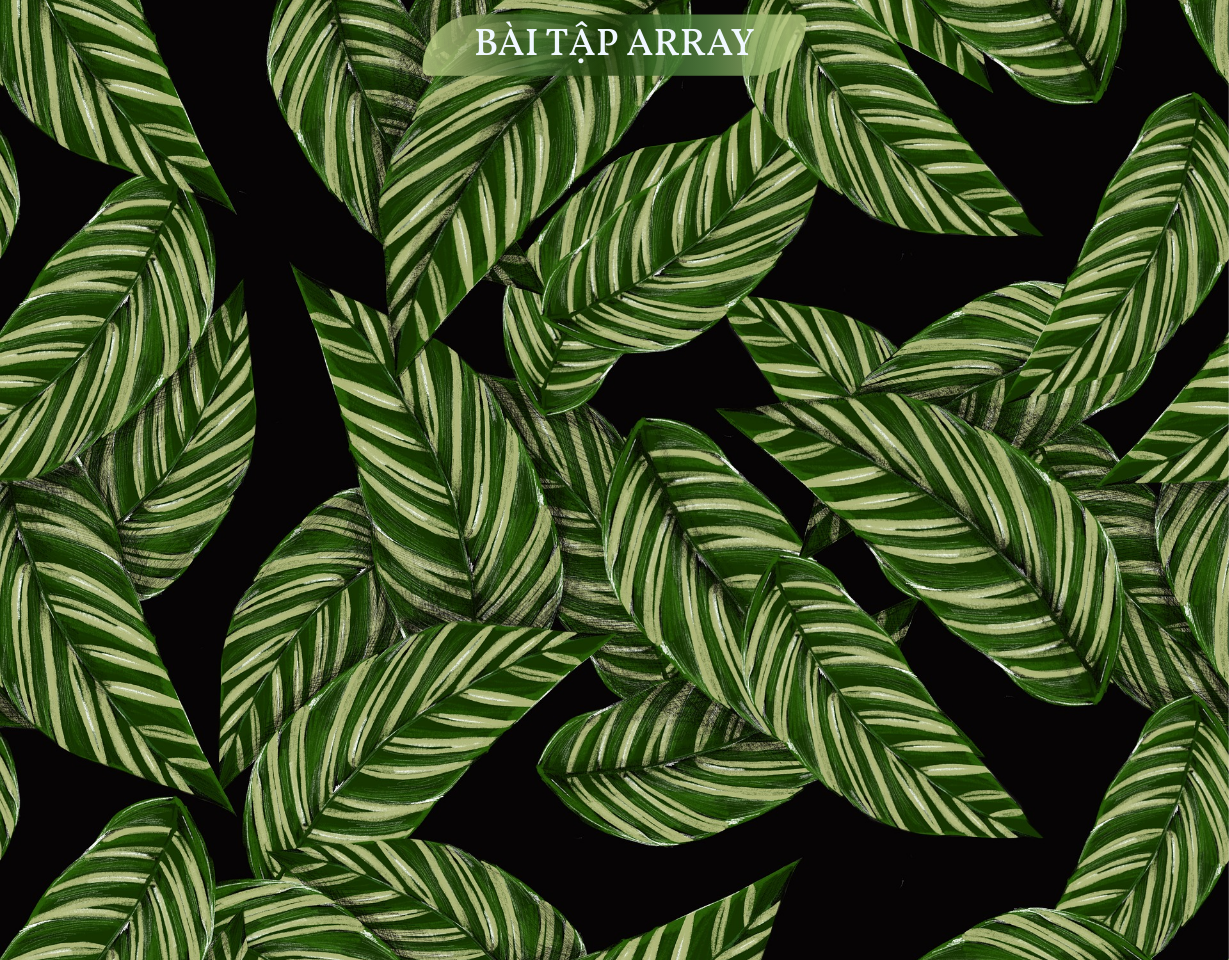
Repository: hcozyph/TranHuuPhuoc_BC43_BT_JS_Buoi7_8_ARRAY
Page: index.html
These files come from the project's save history. The page is drawn as it stood at one moment and after the next save; the edit follows.
The browser window is 1280 px wide. The pictures show the whole page, at 96% of full size.

Above is the page before, as saved 2023-02-20 21:59:46.

After the next save:
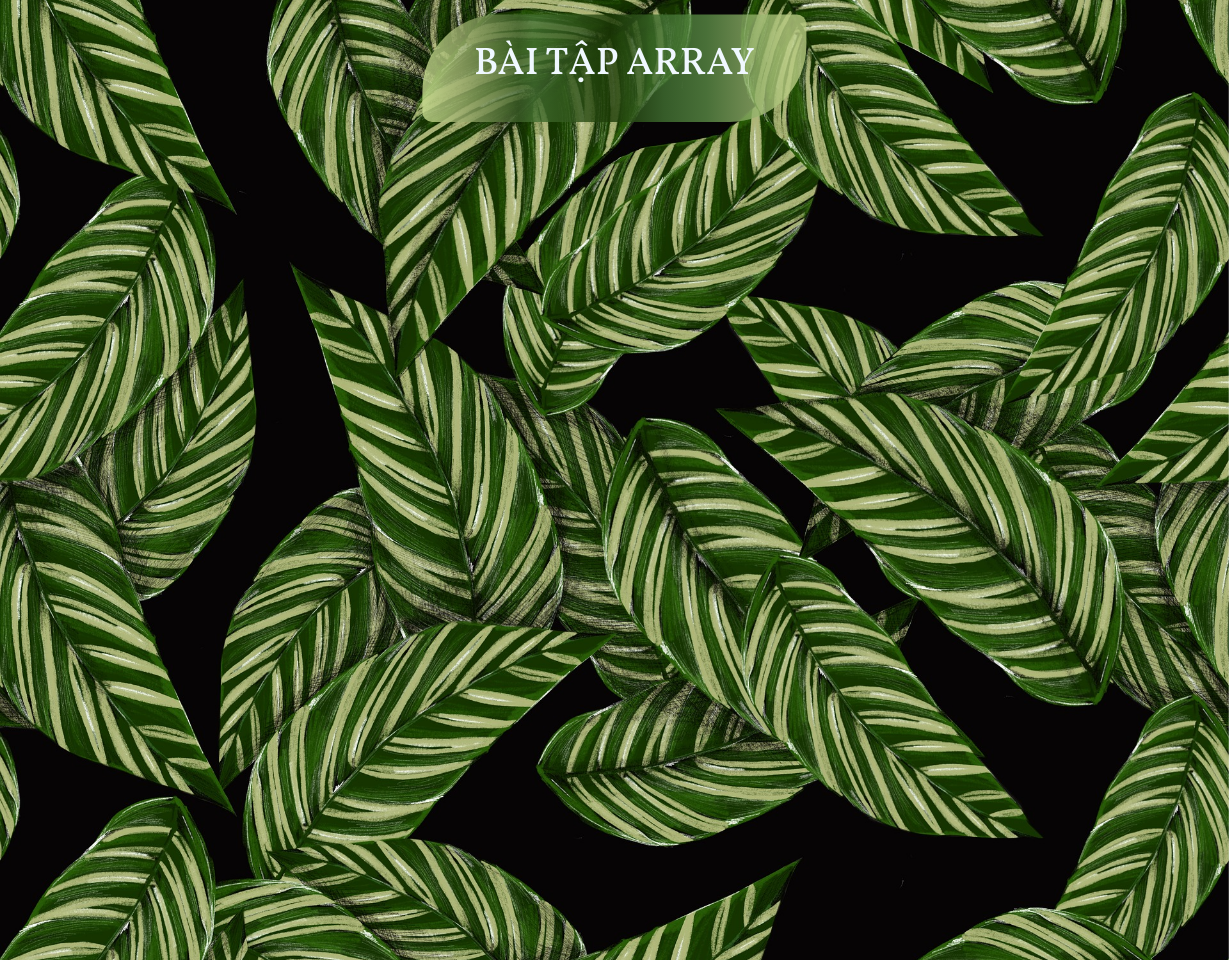
Saved 19 s later.
--- a/css/index.css
+++ b/css/index.css
@@ -21,8 +21,9 @@
 
 .bt-array-title {
     display: block;
+    width: 400px;
     margin: 0 auto;
-    width: 400px;
+    padding: 20px;
     border-radius: 80px 10px 80px 10px;
 
     font-size: 40px;
